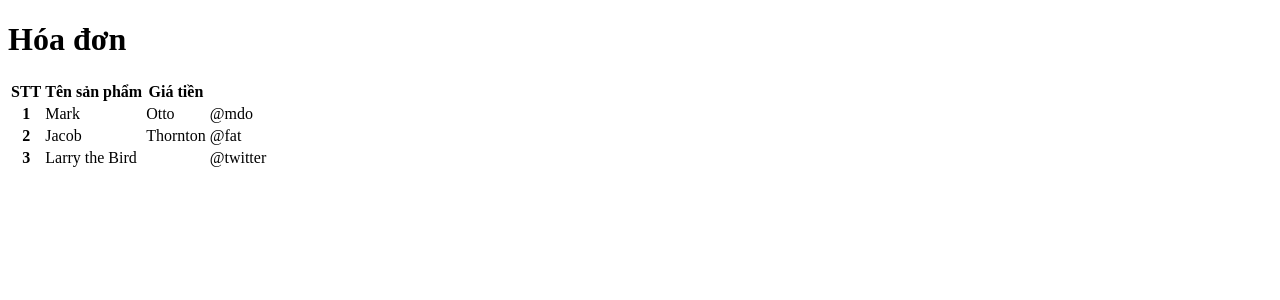
Repository: wuubangdev/bookstore-servlet-jsp
Page: http://localhost/Bai20_JSPCoban_TrangMuaHang/datMuaMayTinh.jsp
The author's editor kept a copy of each file at every save. The page is drawn from the files as they stood at one save, then again after the next save.
The browser window is 1280 px wide. The pictures show the whole page.
The page is served by Tomcat 9.

Above is the page before, as saved 2024-03-19 03:30:55.

### Bai20_JSPCoban_TrangMuaHang/src/main/webapp/datMuaMayTinh.jsp
<%@ page language="java" contentType="text/html; charset=UTF-8"
    pageEncoding="UTF-8"%>
<!DOCTYPE html>
<html>
<head>
<meta charset="UTF-8">
<title>Dat Mua May Tinh</title>
</head>
<body>
	<%
		String processor = request.getParameter("processor");
		String ram = request.getParameter("ram");
		String monitor = request.getParameter("monitor");
		String[] accessories = request.getParameterValues("accessories");

		double totalPrice = 0;
		double processorPrice = 0;
		double ramPrice = 0;
		double monitorPrice = 0;
		double accessoriesPrice = 0;

		if (processor!=null) {
			if(processor.equals("corei9")) {
				processorPrice += 200;
			} else if(processor.equals("corei7")) {
				processorPrice += 150;
			} else if(processor.equals("corei5")) {
				processorPrice += 100;
			} else if(processor.equals("corei3")) {
				processorPrice += 50;
			}
		}

		if (ram!=null) {
			if(ram.equals("8G")) {
				ramPrice += 15;
			} else if(ram.equals("16G")) {
				ramPrice += 30;
			} else if(ram.equals("32G")) {
				ramPrice += 45;
			}
		}

		if (ram!=null) {
			if(ram.equals("24i")) {
				monitorPrice += 120;
			} else if(ram.equals("27i")) {
				monitorPrice += 180;
			} else if(ram.equals("32i")) {
				monitorPrice += 240;
			}
		}

		if(accessories!=null) {
			for (String chooses: accessories) {
				if(chooses.equals("1")) {
					accessoriesPrice += 80;
				}
				if(chooses.equals("2")) {
					accessoriesPrice += 250;
				}
				if(chooses.equals("3")) {
					accessoriesPrice += 180;
				}
				if(chooses.equals("4")) {
					accessoriesPrice += 45;
				}
			}
		}
		totalPrice = accessoriesPrice + monitorPrice +ramPrice + processorPrice;
	%>
	<h1>Hóa đơn</h1>
	<div class="container" style="width: 720px">
		<table class="table">
		  <thead>
		    <tr>
		      <th scope="col">STT</th>
		      <th scope="col">Tên sản phẩm</th>
		      <th scope="col">Giá tiền</th>
		    </tr>
		  </thead>
		  <tbody>
		    <tr>
		      <th scope="row">1</th>
		      <td>Mark</td>
		      <td>Otto</td>
		      <td>@mdo</td>
		    </tr>
		    <tr>
		      <th scope="row">2</th>
		      <td>Jacob</td>
		      <td>Thornton</td>
		      <td>@fat</td>
		    </tr>
		    <tr>
		      <th scope="row">3</th>
		      <td colspan="2">Larry the Bird</td>
		      <td>@twitter</td>
		    </tr>
		  </tbody>
		</table>
	</div>
</body>
</html>

After the next save:
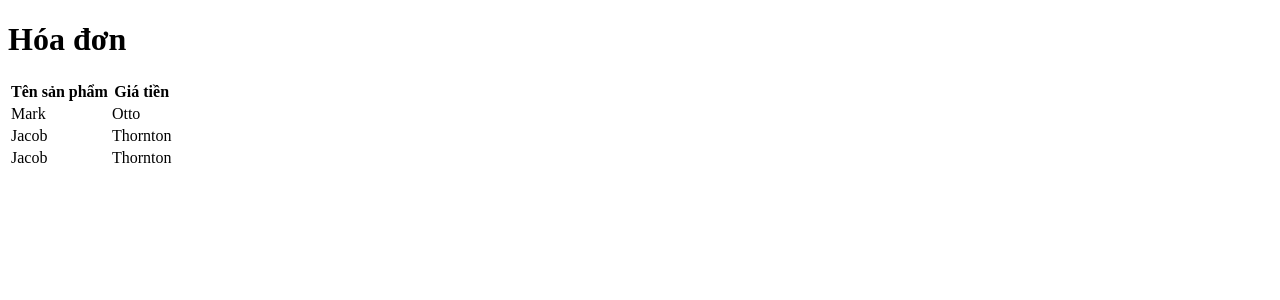
Saved 39 s later.
--- a/Bai20_JSPCoban_TrangMuaHang/src/main/webapp/datMuaMayTinh.jsp
+++ b/Bai20_JSPCoban_TrangMuaHang/src/main/webapp/datMuaMayTinh.jsp
@@ -74,28 +74,22 @@
 		<table class="table">
 		  <thead>
 		    <tr>
-		      <th scope="col">STT</th>
 		      <th scope="col">Tên sản phẩm</th>
 		      <th scope="col">Giá tiền</th>
 		    </tr>
 		  </thead>
 		  <tbody>
 		    <tr>
-		      <th scope="row">1</th>
 		      <td>Mark</td>
 		      <td>Otto</td>
-		      <td>@mdo</td>
 		    </tr>
 		    <tr>
-		      <th scope="row">2</th>
 		      <td>Jacob</td>
 		      <td>Thornton</td>
-		      <td>@fat</td>
 		    </tr>
 		    <tr>
-		      <th scope="row">3</th>
-		      <td colspan="2">Larry the Bird</td>
-		      <td>@twitter</td>
+		      <td>Jacob</td>
+		      <td>Thornton</td>
 		    </tr>
 		  </tbody>
 		</table>
